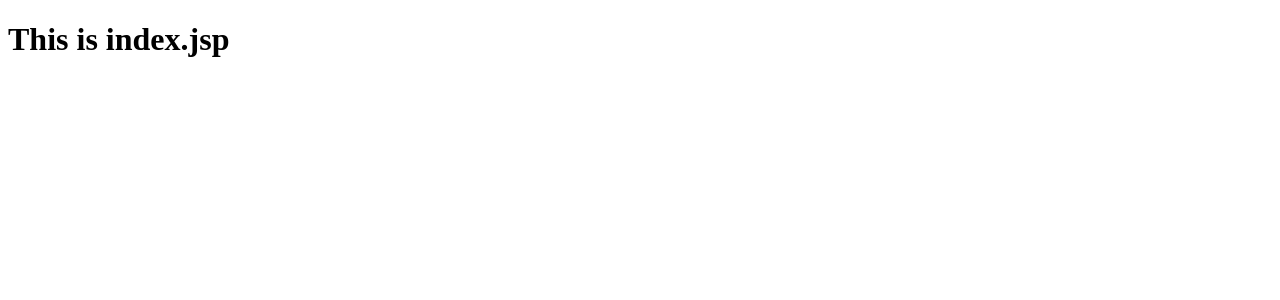
Repository: satyensingh/servlet-jsp-demos
Page: http://localhost/InterJSPCommunication/
These files come from the project's save history. The page is drawn as it stood at one moment and after the next save; the edit follows.
The browser window is 1280 px wide. The pictures show the whole page.
The page is served by Tomcat 9.

Above is the page before, as saved 2018-01-28 15:35:00.

### Day11/InterJSPCommunication/WebContent/index.jsp
<%@ page language="java" contentType="text/html; charset=UTF-8"
    pageEncoding="UTF-8"%>
<!DOCTYPE html PUBLIC "-//W3C//DTD HTML 4.01 Transitional//EN" "http://www.w3.org/TR/html4/loose.dtd">
<html>
<head>
<meta http-equiv="Content-Type" content="text/html; charset=UTF-8">
<title>Insert title here</title>
</head>
<body>
<h1>This is index.jsp</h1>

<%-- <jsp:forward page="NewFile.jsp"></jsp:forward> --%>


</body>
</html>

### Day11/InterJSPCommunication/WebContent/NewFile.jsp
<%@ page language="java" contentType="text/html; charset=UTF-8"
    pageEncoding="UTF-8"%>
<!DOCTYPE html PUBLIC "-//W3C//DTD HTML 4.01 Transitional//EN" "http://www.w3.org/TR/html4/loose.dtd">
<html>
<head>
<meta http-equiv="Content-Type" content="text/html; charset=UTF-8">
<title>Insert title here</title>
</head>
<body>
<h1>This is NewFile.jsp</h1>

</body>
</html>

After the next save:
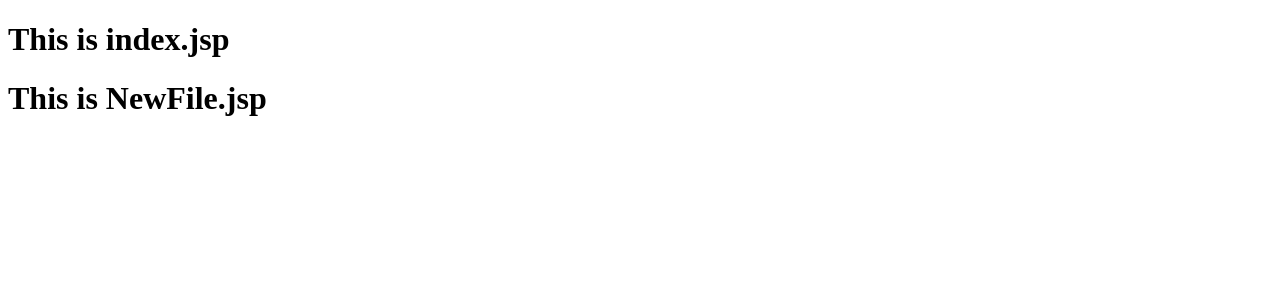
Saved 17 s later.
--- a/Day11/InterJSPCommunication/WebContent/index.jsp
+++ b/Day11/InterJSPCommunication/WebContent/index.jsp
@@ -10,7 +10,7 @@
 <h1>This is index.jsp</h1>
 
 <%-- <jsp:forward page="NewFile.jsp"></jsp:forward> --%>
-
+<jsp:include page="NewFile.jsp"></jsp:include>
 
 </body>
 </html>
